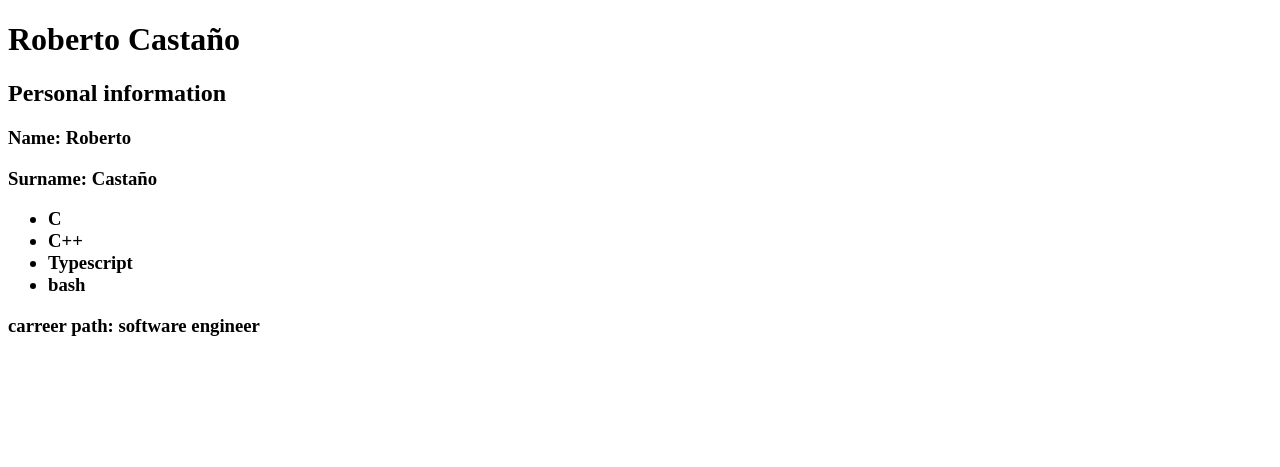
Repository: cronopi/django
Page: Training-Python-Django-0 1/ex01/cv.html
The author's editor kept a copy of each file at every save. The page is drawn from the files as they stood at one save, then again after the next save.
The browser window is 1280 px wide. The pictures show the whole page.

Above is the page before, as saved 2026-03-10 12:07:11.

### Training-Python-Django-0 1/ex01/cv.html
<!DOCTYPE html>
<html>

<head>
	<title>Curriculum Vitae</title>
</head>

<body>
	<h1>Roberto Castaño</h1>
	<h2>Personal information</h2>
	<h3>
		Name: Roberto
	</h3>
	<h3>
		Surname: Castaño
	</h3>
	<h3>
		<ul>
			<li>C</li>
			<li>C++</li>
			<li>Typescript</li>
			<li>bash</li>

		</ul>
		carreer path: software engineer
</body>

</html>

After the next save:
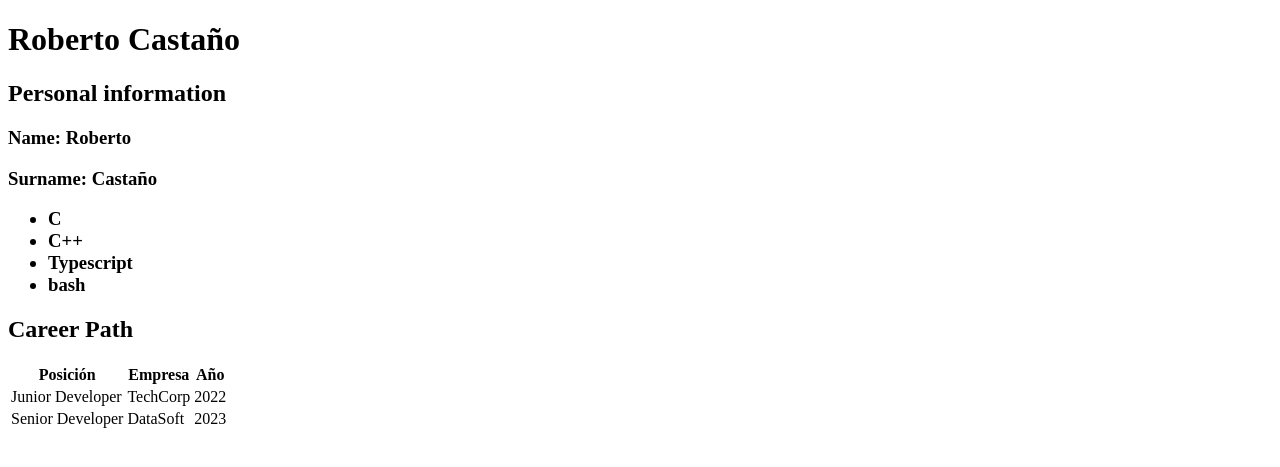
Saved 10 min 12 s later.
--- a/Training-Python-Django-0 1/ex01/cv.html
+++ b/Training-Python-Django-0 1/ex01/cv.html
@@ -22,7 +22,25 @@
 			<li>bash</li>
 
 		</ul>
-		carreer path: software engineer
+
+	<h2>Career Path</h2>
+	<table>
+		<tr>
+			<th>Posición</th>
+			<th>Empresa</th>
+			<th>Año</th>
+		</tr>
+		<tr>
+			<td>Junior Developer</td>
+			<td>TechCorp</td>
+			<td>2022</td>
+		</tr>
+		<tr>
+			<td>Senior Developer</td>
+			<td>DataSoft</td>
+			<td>2023</td>
+		</tr>
+	</table>
 </body>
 
 </html>
